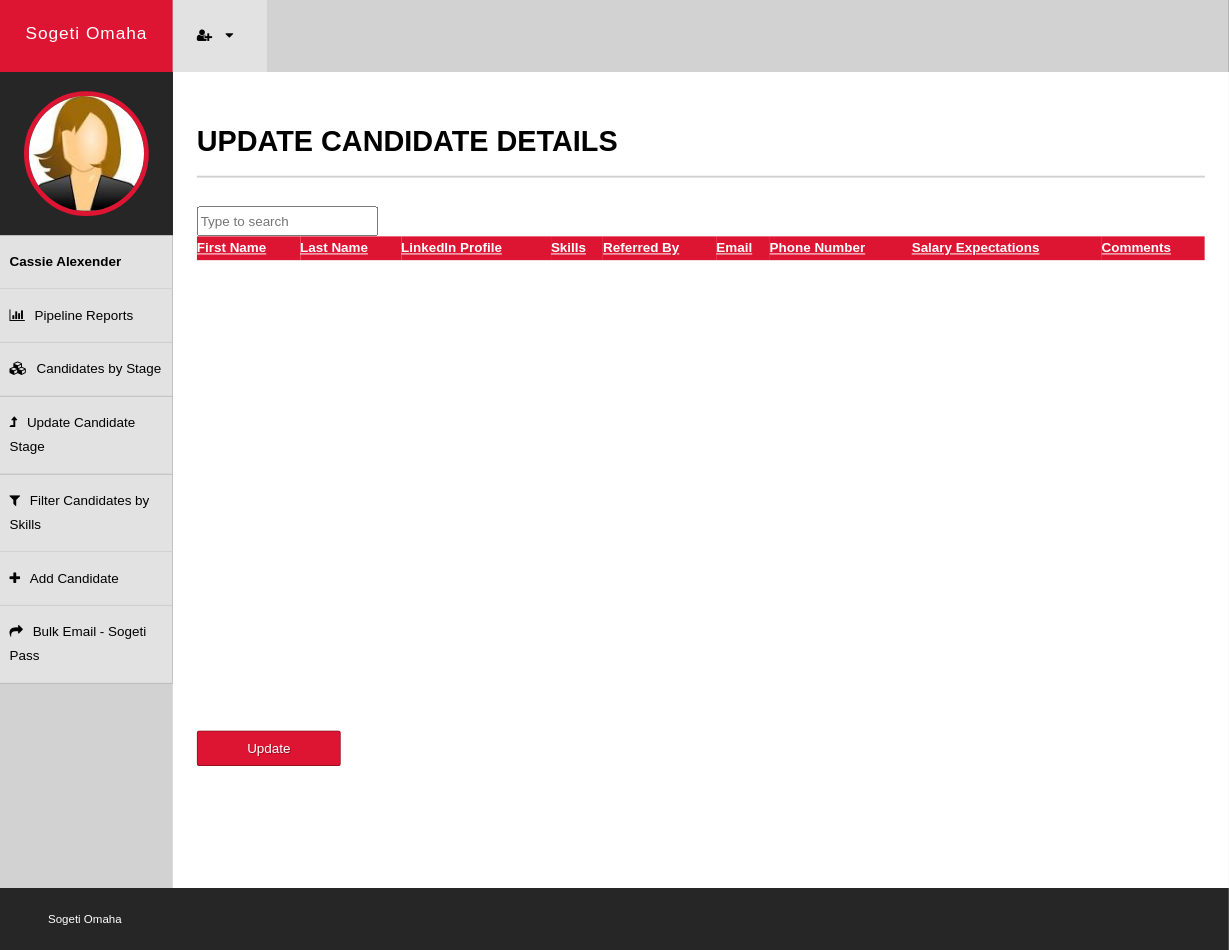
Repository: prasanana/Omaha-Sogeti-Recruiting
Page: http://localhost/Omaha_Sogeti_Recruitment/ModifyCandidateDetails.jsp
These files come from the project's save history. The page is drawn as it stood at one moment and after the next save; the edit follows.
The browser window is 1280 px wide. The pictures show the whole page, at 96% of full size.
Some web fonts or font styles are not loaded; a fallback is used. The page is served by Tomcat 9.

Above is the page before, as saved 2015-03-26 17:38:14.

After the next save:
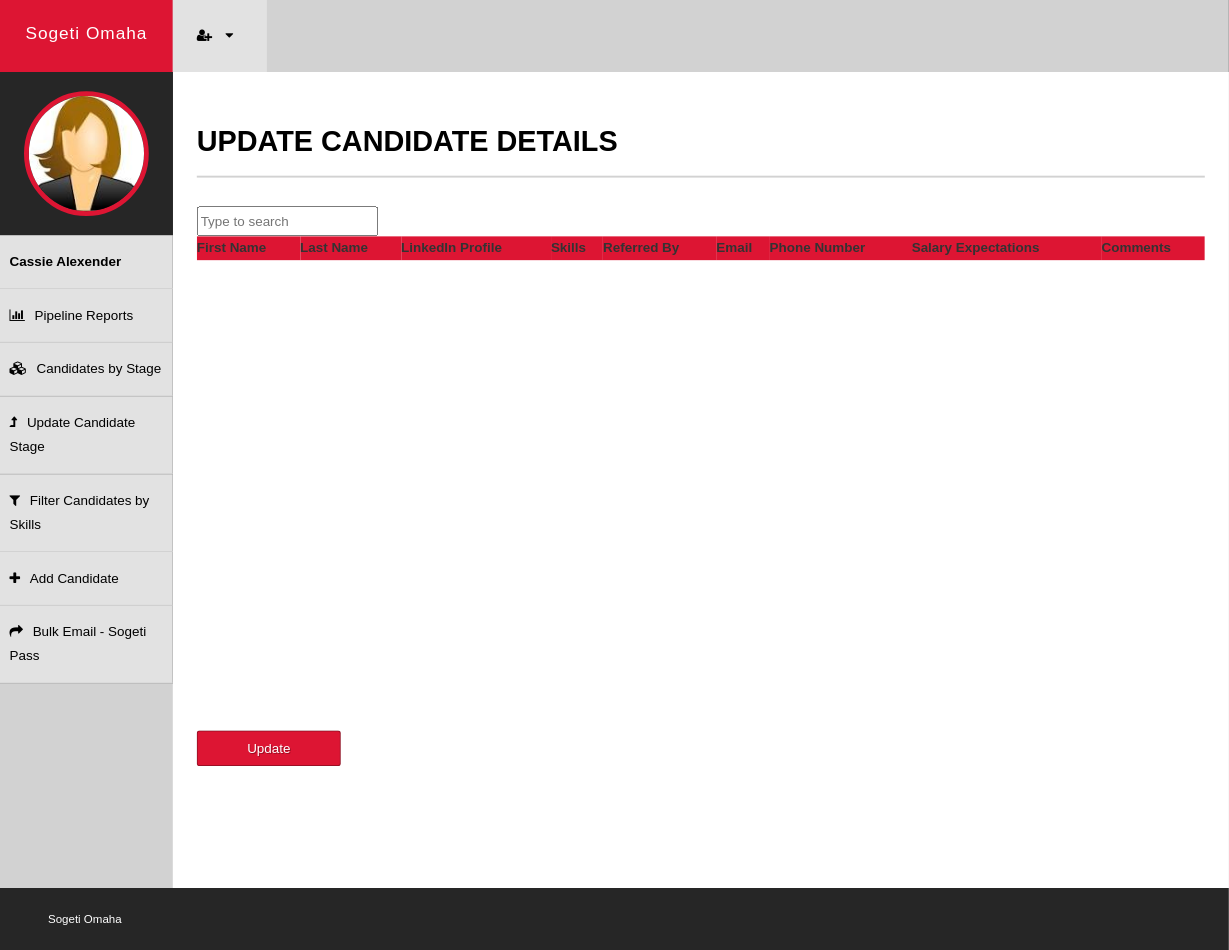
Saved 28 s later.
--- a/OmahaSogetiRecruitingWS/Omaha_Sogeti_Recruitment/WebContent/javascript/ModifyCandidateDetails.js
+++ b/OmahaSogetiRecruitingWS/Omaha_Sogeti_Recruitment/WebContent/javascript/ModifyCandidateDetails.js
@@ -1,62 +1,15 @@
 function fnOnload(){
 	//zebraRows('tbody tr:odd td', 'odd');
-	sortRows();
 	searchRows();
 }
 function zebraRows(selector, className)
 {
   $(selector).removeClass(className).addClass(className);
 }
-function sortRows(){
-	//grab all header rows
-	$('thead th').each(function(column) {
-	  $(this).addClass('sortable').click(function(){
-	    var findSortKey = function($cell) {
-	      return $cell.find('.sort-key').text().toUpperCase() + ' ' + $cell.text().toUpperCase();
-	    };
-	    var sortDirection = $(this).is('.sorted-asc') ? -1 : 1;
-
-	    //step back up the tree and get the rows with data
-	    //for sorting
-	    var $rows = $(this).parent().parent().parent().find('tbody tr').get();
-
-	    //loop through all the rows and find
-	    $.each($rows, function(index, row) {
-	      row.sortKey = findSortKey($(row).children('td').eq(column));
-	    });
-
-	    //compare and sort the rows alphabetically
-	    $rows.sort(function(a, b) {
-	        if (a.sortKey < b.sortKey) return -sortDirection;
-	        if (a.sortKey > b.sortKey) return sortDirection;
-	        return 0;
-	    });
-
-	    //add the rows in the correct order to the bottom of the table
-	    $.each($rows, function(index, row) {
-	        $('tbody').append(row);
-	        row.sortKey = null;
-	    });
-
-	    //identify the column sort order
-	    $('th').removeClass('sorted-asc sorted-desc');
-	    var $sortHead = $('th').filter(':nth-child(' + (column + 1) + ')');
-	    sortDirection == 1 ? $sortHead.addClass('sorted-asc') : $sortHead.addClass('sorted-desc');
-
-	    //identify the column to be sorted by
-	    $('td').removeClass('sorted')
-	                .filter(':nth-child(' + (column + 1) + ')')
-	                .addClass('sorted');
-
-	    $('.visible td').removeClass('odd');
-	    zebraRows('.visible:even td', 'odd');
-	  });
-	});
-}
 
 function searchRows(){
 	var $rows = $('.modifyCandidateDetailsData');
-	$('#updateStageSearch').keyup(function() {
+	$('#modifyCandidateDetailsSearch').keyup(function() {
 	    var val = $.trim($(this).val()).replace(/ +/g, ' ').toLowerCase();
 
 	    $rows.show().filter(function() {
